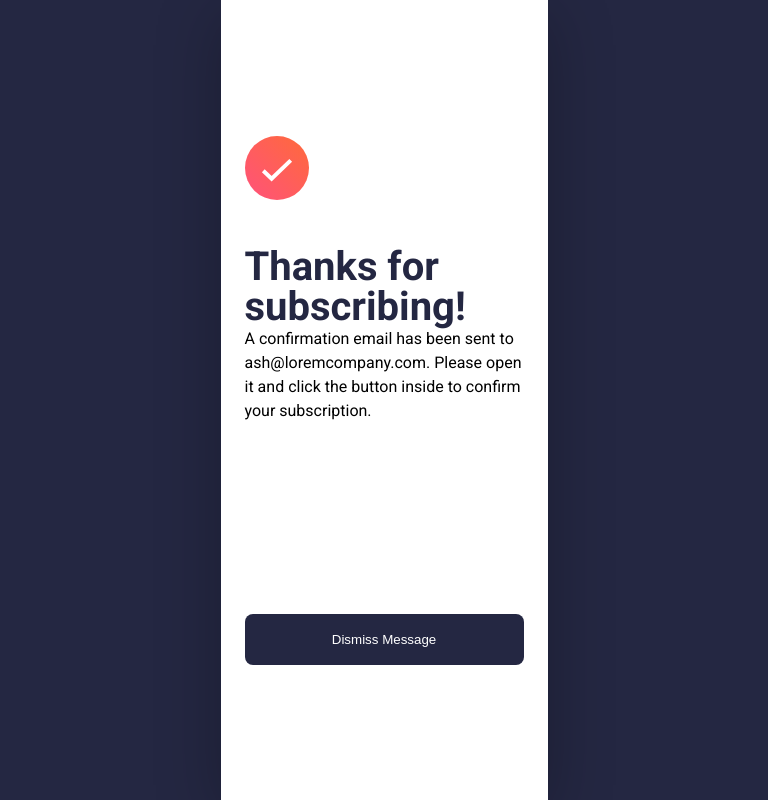
Repository: brandontaylor1/newsletter-signup
Page: success.html
The author's editor kept a copy of each file at every save. The page is drawn from the files as they stood at one save, then again after the next save.
The browser window is 768 px wide. The pictures show the whole page.

Above is the page before, as saved 2025-01-20 10:36:41.

### success.html
<!DOCTYPE html>
<html lang="en">
<head>
    <meta charset="UTF-8">
    <meta name="viewport" content="width=device-width, initial-scale=1.0">
    <link rel="preconnect" href="https://fonts.googleapis.com">
    <link rel="preconnect" href="https://fonts.gstatic.com" crossorigin>
    <link href="https://fonts.googleapis.com/css2?family=Roboto:ital,wght@0,100..900;1,100..900&display=swap" rel="stylesheet">
    <link rel="stylesheet" href="success.css">
    <title>Success | Newsletter Sign Up</title>
</head>
<body>
    <main class="container">
        <div class="success-card">
            <div class="success-card-text">
                <img src="./assets/images/icon-success.svg" alt="success icon">
                <h1>Thanks for subscribing!</h1>
                <p>A confirmation email has been sent to <span>ash@loremcompany.com</span>. Please open it and click the button inside to confirm your subscription.</p>
            </div>
            <button id="dismiss-btn">Dismiss Message</button>
        </div>
    </main>


    <script src="success.js"></script>
</body>
</html>

### success.css
* {
    margin: 0;
    padding: 0;
    box-sizing: border-box;
}

:root {
    /* COLORS */

    --primary-color-tomato: hsl(4, 100%, 67%);
    --neutral-color-white: hsl(0, 0%, 100%);
    --neutral-color-darkGray: hsl(234, 29%, 20%);
    --neutral-color-charcoalGray: hsl(235, 18%, 26%);
    --neutral-color-gray: hsl(231, 7%, 60%);

    /* FONTS */
    --fontWeight-regular: 400;
    --fontWeight-heavy: 700;
}

body {
    font-family: "Roboto", sans-serif;
    font-size: 16px;
    line-height: 1.5;
}

.container {
    display: flex;
    justify-content: center;
    align-items: center;
    height: 100vh;
    background-color: var(--neutral-color-darkGray);
}

.success-card {
    width: 504px;
    height: 520px;
    background-color: var(--neutral-color-white);
    border-radius: 36px;
    box-shadow: 0px 15px 60px 0px rgba(0, 0, 0, 0.25);
    padding: 64px 64px;
    display: flex;
    flex-direction: column;
    justify-content: space-between;
    align-items: left;

}

.success-card h1 {
    color: var(--neutral-color-darkGray);
    /* Heading */
    font-family: Roboto;
    font-size: 56px;
    font-style: normal;
    font-weight: 700;
    line-height: 100%; /* 56px */
}

.success-card img {
    width: 64px;
    height: 64px;
}

button {
    width: 100%;
    padding: 18px 0;
    text-align: center;
    border: none;
    cursor: pointer;
    border-radius: 8px;
    background: var(--Dark-Navy, #242742);
    color: white;
    transition: all 0.3s ease;
}

button:hover {
    background: var(--Gradient-1, linear-gradient(204deg, #FF6A3A 0%, #FF527B 100%));
    box-shadow: 0px 16px 32px 0px rgba(255, 97, 85, 0.50);
}


/* Responsive */

@media screen and (max-width: 800px) {

    .container {
        display: flex;
        flex-direction: column;
        align-items: center;
        justify-content: center;
    }

    .success-card {
        width: 327px;
        height: 812px;
        padding: 40px 24px;
        border-radius: 0px;
        display: flex;
        flex-direction: column;
        justify-content: space-around;
        align-items: center;
    }

    .success-card h1 {
        width: 100%;
        color: var(--Dark-Navy, #242742);
        font-family: Roboto;
        font-size: 40px;
        font-style: normal;
        font-weight: 700;
        line-height: 100%;
    }

    .success-card img {
        width: 64px;
        height: 64px;
        margin-bottom: 40px;
    }


}

### success.js
const dismissBtn = document.querySelector('#dismiss-btn');

dismissBtn.addEventListener('click', () => {
    window.location.href = 'index.html';
})

After the next save:
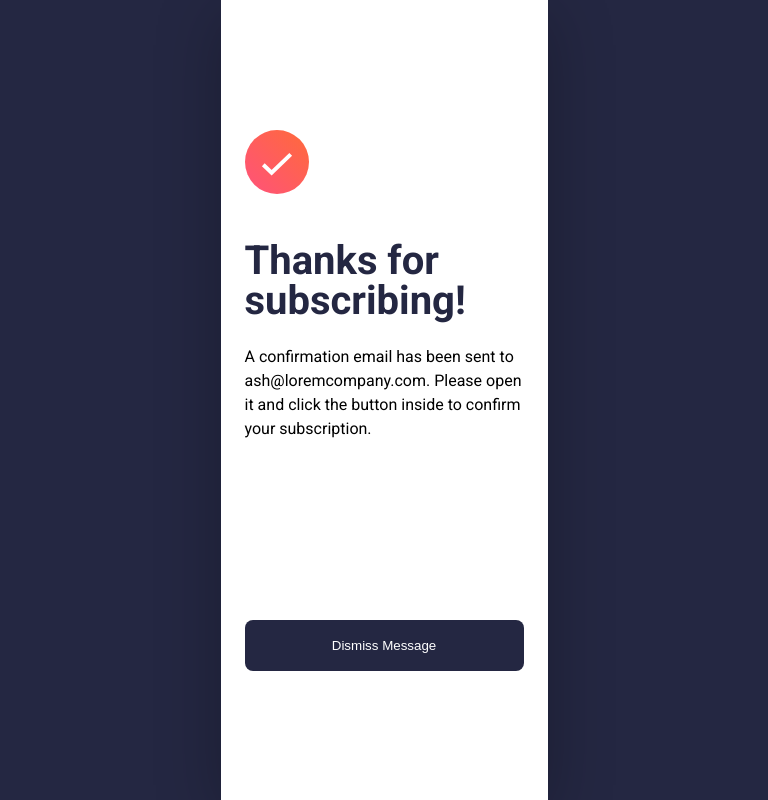
Saved 30 s later.
--- a/success.css
+++ b/success.css
@@ -109,6 +109,7 @@ button:hover {
         font-style: normal;
         font-weight: 700;
         line-height: 100%;
+        padding-bottom: 24px;
     }
 
     .success-card img {
